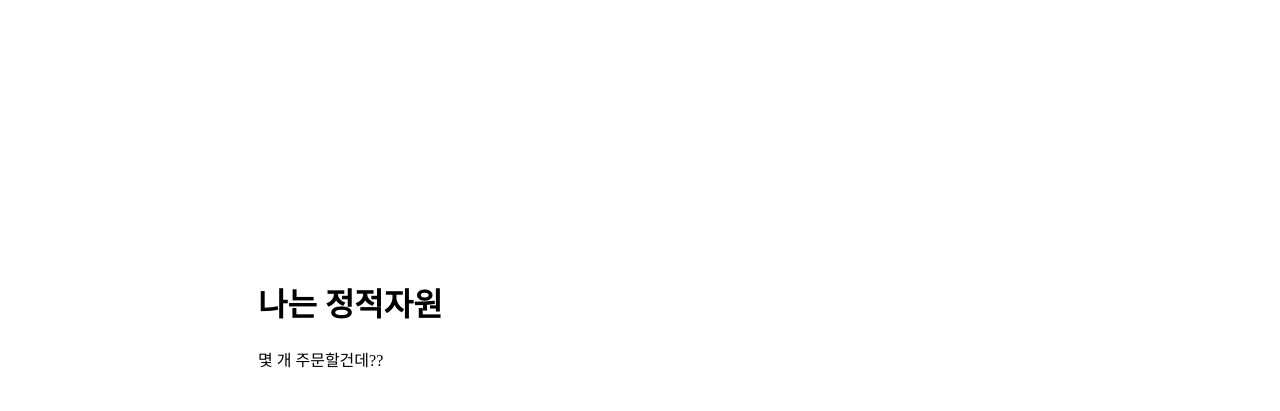
Repository: sehyeongrace/web-workspace
Page: BurgerKingProject/src/main/webapp/static/Request_Page.html
These files come from the project's save history. The page is drawn as it stood at one moment and after the next save; the edit follows.
The browser window is 1280 px wide. The pictures show the whole page.

Above is the page before, as saved 2025-03-07 08:38:57.

### BurgerKingProject/src/main/webapp/static/Request_Page.html
<!DOCTYPE html>
<html>
<head>
<meta charset="UTF-8">
<title>눌렀음</title>
<style>
	body{
		padding : 250px;
	}
</style>
</head>
<body>

	<h1>나는 정적자원</h1>

	몇 개 주문할건데??


</body>
</html>

After the next save:
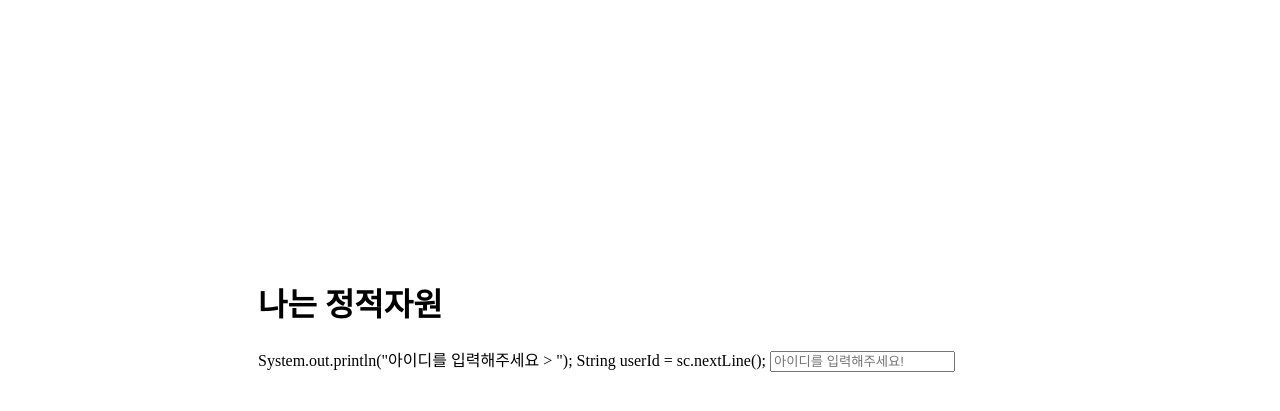
Saved 3 min 39 s later.
--- a/BurgerKingProject/src/main/webapp/static/Request_Page.html
+++ b/BurgerKingProject/src/main/webapp/static/Request_Page.html
@@ -13,7 +13,11 @@
 
 	<h1>나는 정적자원</h1>
 
-	몇 개 주문할건데??
+
+	System.out.println("아이디를 입력해주세요 > ");
+	String userId = sc.nextLine();
+
+	<input type="text" placeholder="아이디를 입력해주세요!" />
 
 
 </body>
